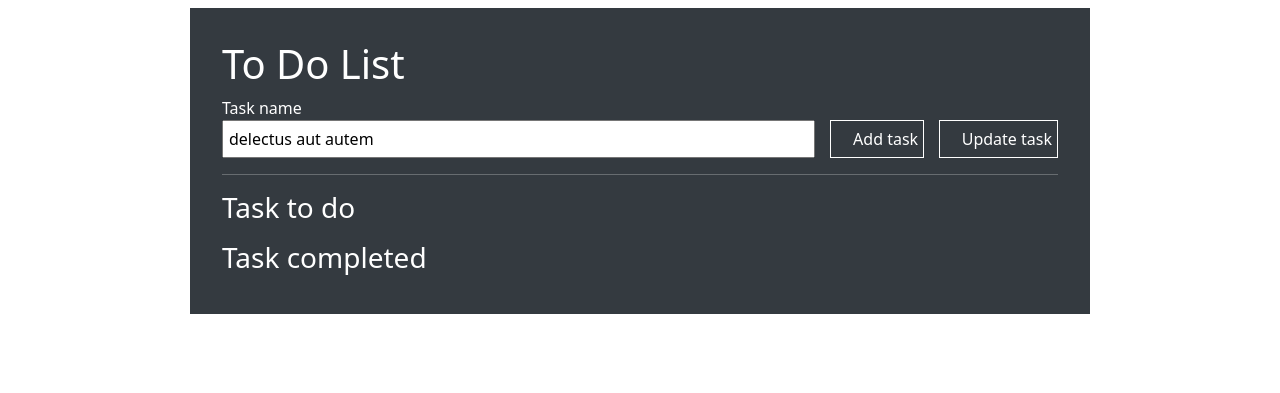
Repository: JVJuvi/ToDoList-jsonplaceholder
Page: /
The author's editor kept a copy of each file at every save. The page is drawn from the files as they stood at one save, then again after the next save.
The browser window is 1280 px wide. The pictures show the whole page.
The page's requests for data from a server got no answer. Some web fonts or font styles are not loaded; a fallback is used. The project was rebuilt for these pictures with package versions that can differ from the ones it lists, and the page was loaded fresh each time. No one was signed in, and anything a server would have sent is missing.

Above is the page before, as saved 2021-12-04 21:09:54.

### src/index.js
import React from 'react';
import ReactDOM from 'react-dom';
// import './index.css';
import App from './App';
import "bootstrap/dist/css/bootstrap.min.css";
//setup redux
import { Provider } from 'react-redux';
import { store } from './redux/RootReducer';
//boxicon
import './assets/boxicons-2.0.9 2/css/boxicons.min.css'

ReactDOM.render(
  <Provider store={store}>
    <App />
  </Provider>,
  document.getElementById('root')
);

### src/App.js
// import { Route, Router } from 'react-router-dom';
import ToDoList from "./Components/ToDoList/ToDoList";
import { Router, Route, Switch } from "react-router";
import { createBrowserHistory } from 'history';
import './css/App.css';


export const history = createBrowserHistory();

function App() {
  return (
    <Router history={history}>
        <Switch>
            <Route path="/todolist" exact component={ToDoList} />
            <Route path="/" exact component={ToDoList} />
        </Switch>
    </Router>
  );
}

export default App;

### src/redux/RootReducer.js
import { applyMiddleware, combineReducers, createStore } from "redux";
import thunk from 'redux-thunk'
import { TodoListReducer } from './reducers/TodoListReducer/TodoListReducer';



const RootReducer = combineReducers({
    TodoListReducer,
})

export const store = createStore(RootReducer, applyMiddleware(thunk))

### src/Components/ToDoList/ToDoList.jsx
import axios from 'axios'
import React, { useEffect, useState } from 'react'
import { Link, NavLink } from 'react-router-dom';
import { useSelector, useDispatch } from 'react-redux';
import { DeleteTaskAction, GetToDoListAction } from '../../redux/actions/TodoListAction/TodoListAction';
import { GetUserAction } from '../../redux/actions/UserAction/UserAction';
import AddTask from './AddTask';
import _ from 'lodash';
import { COMPLETED, EDIT } from '../../redux/types/ToDoListType/ToDoListType';

const ToDoList = () => {

    const {arrToDoList} = useSelector(state => state.TodoListReducer);
    console.log('arrToDoList', arrToDoList)

    const dispatch = useDispatch();

    useEffect(() => {
        dispatch(GetToDoListAction());
        dispatch(GetUserAction());
    }, []);

    const handleDelete = (id) => {
        dispatch(DeleteTaskAction(id));
    }

    let arrTaskList = _.filter(arrToDoList, {'completed': false});
    let arrCompeted = _.filter(arrToDoList, {'completed': true});

    return (
        <div className="container p-2">
            <div className="todolist">
                <h1>To Do List</h1>
                <div className="taskName">
                    <p>Task name</p>
                    <AddTask />
                </div>
                <hr />
                <div className="taskToDo mt-3">
                    <h3>Task to do</h3>
                    {
                        arrTaskList.map((item, index) => (
                            <li key={index} className="list-group-item d-flex justify-content-between align-items-center">
                                <p>{item.title}</p>
                                <span>
                                    <button onClick={() => {
                                        dispatch({
                                            type: EDIT,
                                            payload: item
                                        })
                                    }}><i class='bx bx-edit' ></i></button>
                                    <button onClick={() => {
                                        handleDelete(item.id)
                                    }}><i class='bx bx-trash' ></i></button>
                                    <button onClick={() => {
                                        dispatch({
                                            type: COMPLETED,
                                            payload: item.id,
                                        })
                                    }}><i class='bx bx-check-square' ></i></button>
                                </span>
                            </li>
                        ))
                    }
                </div>
                <div className="taskCompleted mt-3">
                    <h3>Task completed</h3>
                    {
                        arrCompeted.map((item, index) => (
                            <li key={index} className="list-group-item d-flex justify-content-between align-items-center">
                                <p>{item.title}</p>
                                <span>
                                    <button onClick={()=>{
                                        handleDelete(item.id)
                                    }}><i class='bx bx-trash' ></i></button>
                                </span>
                            </li>
                        ))
                    }
                </div>
            </div>
        </div>
    )
}

export default ToDoList

### src/css/App.css
* {
  padding: 0;
  margin: 0;
  -webkit-box-sizing: border-box;
          box-sizing: border-box;
}

p {
  margin-bottom: 0 !important;
}

.user__list {
  display: -webkit-box;
  display: -ms-flexbox;
  display: flex;
  -webkit-box-pack: justify;
      -ms-flex-pack: justify;
          justify-content: space-between;
  text-align: center;
  max-width: 600px;
  margin: 0 auto;
}

.todolist {
  background: #343a40;
  color: #fff;
  max-width: 900px;
  margin: 0 auto;
  padding: 2rem;
}

.todolist h1, .todolist h3 {
  font-weight: 300;
}

.todolist form {
  display: -webkit-box;
  display: -ms-flexbox;
  display: flex;
  -ms-flex-wrap: wrap;
      flex-wrap: wrap;
  gap: 5px;
}

.todolist input, .todolist button {
  padding: 5px;
}

.todolist input {
  -webkit-box-flex: 1;
      -ms-flex: 1 1 25rem;
          flex: 1 1 25rem;
}

.todolist button {
  background: #343a40;
  border: 1px solid #fff;
  margin-left: 10px;
  color: #fff;
  -webkit-transition: all .3s linear;
  transition: all .3s linear;
}

.todolist button:hover {
  color: #343a40;
  background: #e7e4e4;
  border: 1px solid #343a40;
}
/*# sourceMappingURL=App.css.map */

### src/redux/reducers/TodoListReducer/TodoListReducer.js
import _ from "lodash";
import { ADD_TASK, COMPLETED, DELETE_TASK, EDIT, GET_TASK, UPDATE } from "../../types/ToDoListType/ToDoListType";



const stateDefault = {
    arrToDoList: [],
    arrToDo: [],
    arrComplete: [],
    arrEdit: {userId: 1, id: 1, title: 'delectus aut autem', completed: false},
}

export const TodoListReducer = (state = stateDefault, action) => {
    switch(action.type) {
        case GET_TASK: {
            state.arrToDoList = action.payload;
            // state.arrComplete = _.filter(state.arrToDoList, {'completed': true})
            return {...state};
        }

        case ADD_TASK: {
            state.arrToDoList = [...state.arrToDoList, action.payload];
            return {...state};
        }

        case DELETE_TASK: {
            let arrToDoListUpdate = [...state.arrToDoList];
            let arrToDoListAF = arrToDoListUpdate.filter(task => {
                return task.id !== action.payload;
            });
            state.arrToDoList = arrToDoListAF;
            return {...state};
        }

        case COMPLETED: {
            let arrToDoListUpdate = [...state.arrToDoList];
            let index = arrToDoListUpdate.findIndex(item => item.id === action.payload);
            if(index !== -1) {
                arrToDoListUpdate[index].completed = true;
            }
            state.arrToDoList = arrToDoListUpdate;
            return {...state};
        }

        case EDIT: {
            state.arrEdit = action.payload;
            return {...state};
        }

        case UPDATE: {
            let arrToDoListUpdate = [...state.arrToDoList];
            let index = arrToDoListUpdate.findIndex(item => item.id === action.payload.id);
            if(index !== -1) {
                arrToDoListUpdate[index].title = action.payload.title;
            }
            state.arrToDoList = arrToDoListUpdate;
            return {...state};
        }

        default: return {...state};
    }
}

### src/redux/actions/TodoListAction/TodoListAction.js
import { ADD_TASK, GET_TASK, DELETE_TASK, UPDATE } from '../../types/ToDoListType/ToDoListType';


export const GetToDoListAction = () => {
    return async(dispatch) => {
        await fetch('https://jsonplaceholder.typicode.com/users/1/todos')
        .then((res) => res.json())
        .then((data) => dispatch({
            type: GET_TASK,
            payload: data
        }))
        .catch ((error) => {
            console.log('error', error)
        })
    }
}

export const AddTaskAction = (title) => {
    return async(dispatch) => {
        await fetch('https://jsonplaceholder.typicode.com/users/1/todos', {
            method: 'POST',
            body: JSON.stringify({
                userId: 1,
                title: title,
                completed: false,
            }),
            headers: {
                'Content-type': 'application/json; charset=UTF-8',
            },
        })
        .then((res) => {
            if(res.status !== 201) {
                return
            } else {
                return res.json();
            }
        })
        .then((data) => {
            dispatch({
                type: ADD_TASK,
                payload: data
            })
            alert('them thanh cong')
        })
        .catch((error) => {
            console.log('error', error);
        })
    }
}

export const DeleteTaskAction = (id) => {
    return async(dispatch) => {
        await fetch(`https://jsonplaceholder.typicode.com/todos/${id}`, {
            method: 'DELETE'
        })
        .then((res) => {
            if(res.status !== 200) {
                return
            } else {
                dispatch({
                    type: DELETE_TASK,
                    payload: id
                })
                alert('xoa thanh cong')
            }
        })
        .catch((error) => {
            console.log('error', error)
        })
    }
}

export const UpdateTaskAction = (id, title) => {
    return async(dispatch) => {
        await fetch(`https://jsonplaceholder.typicode.com/todos/${id}`, {
            method: 'PUT',
            body: JSON.stringify({
                userId: 1,
                id: id,
                title: title,
                completed: false,
            }),
            headers: {
                'Content-type': 'application/json; charset=UTF-8',
            },
        })
        .then((res) => res.json())
        .then((data) => {
            dispatch({
                type: UPDATE,
                payload: data
            })
            alert('cap nhat thanh cong')
        })
        .catch((error) => {
            console.log('error', error)
        })
    }
}

### src/redux/actions/UserAction/UserAction.js
import axios from 'axios';
import { ADD_USER, DELETE_USER, GET_USER } from '../../types/UserType/UserType';


export const GetUserAction = () => {
    return async(dispatch) => {
        await fetch('https://jsonplaceholder.typicode.com/users/1')
        .then((res) => res.json())
        .then((data) => dispatch({
            type: GET_USER,
            payload: data
        }))
        .then((data) => {
            const user = JSON.stringify(data);
            localStorage.setItem('USER', user)
        })
        .catch((error) => {
            console.log('error', error)
        })
    }
}

// export const AddUserAction = (name, email) => {
//     return async(dispatch) => {
//         await fetch('https://jsonplaceholder.typicode.com/users', {
//             method: 'POST',
//             body: JSON.stringify({
//                 name: name,
//                 email: email,
//             }),
//             headers: {
//                 'Content-type': 'application/json; charset=UTF-8',
//             },
//         })
//         .then((res) => {
//             if(res.status !== 201) {
//                 return
//             } else {
//                 return res.json();
//             }
//         })
//         .then((data) => {
//             dispatch({
//                 type: ADD_USER,
//                 payload: data
//             })
//         })
//         .catch((error) => {
//             console.log('error', error)
//         })
//     }
// }

// export const DeleteUserAction = (id) => {
//     return async(dispatch) => {
//         await fetch(`https://jsonplaceholder.typicode.com/users/${id}`, {
//             method: 'DELETE'
//         })
//         .then((res) => {
//             if(res.status !== 200) {
//                 return
//             } else {
//                 dispatch({
//                     type: DELETE_USER,
//                     payload: id
//                 })
//             }
//         })
//         .catch((error) => {
//             console.log('error', error)
//         })
//     }
// }

### src/Components/ToDoList/AddTask.jsx
import React, { useEffect, useState } from 'react';
import { useDispatch, useSelector } from 'react-redux';
import { AddTaskAction, UpdateTaskAction } from '../../redux/actions/TodoListAction/TodoListAction';

const AddTask = () => {

    const {arrEdit} = useSelector(state => state.TodoListReducer);

    const [title, settitle] = useState("");
    const [id, setId] = useState("");

    const dispatch = useDispatch();

    useEffect(() => {
        settitle(arrEdit.title);
        setId(arrEdit.id)
    },[])

    const handleChange = (e) => {
        settitle(e.target.value);
    }

    const handleSubmit = (e) => {
        e.preventDefault();
        console.log('value',e.target.task.value)
        dispatch(AddTaskAction(e.target.task.value));
    }

    return (
        <form onSubmit={handleSubmit}>
            <input type="text" name="task" value={title} onChange={handleChange}/>
            <button type="submit"><i class='bx bx-plus-medical'></i> Add task</button>
            <button type="button" onClick={()=>{
                dispatch(UpdateTaskAction(id, title))
            }}><i class='bx bx-upload'></i> Update task</button>
        </form>
    )
}

export default AddTask

### src/redux/types/ToDoListType/ToDoListType.js
export const GET_TASK = 'GET_TASK';
export const ADD_TASK = 'ADD_TASK';
export const DELETE_TASK = 'DELETE_TASK';
export const COMPLETED = 'COMPLETED';
export const EDIT = 'EDIT';
export const UPDATE = 'UPDATE';

### src/redux/types/UserType/UserType.js
export const GET_USER = 'GET_USER';
export const ADD_USER = 'ADD_USER';
export const DELETE_USER = 'DELETE_USER';

Loaded but not shown: public/index.html (common file); src/assets/boxicons-2.0.9 2/css/boxicons.min.css (library)

After the next save:
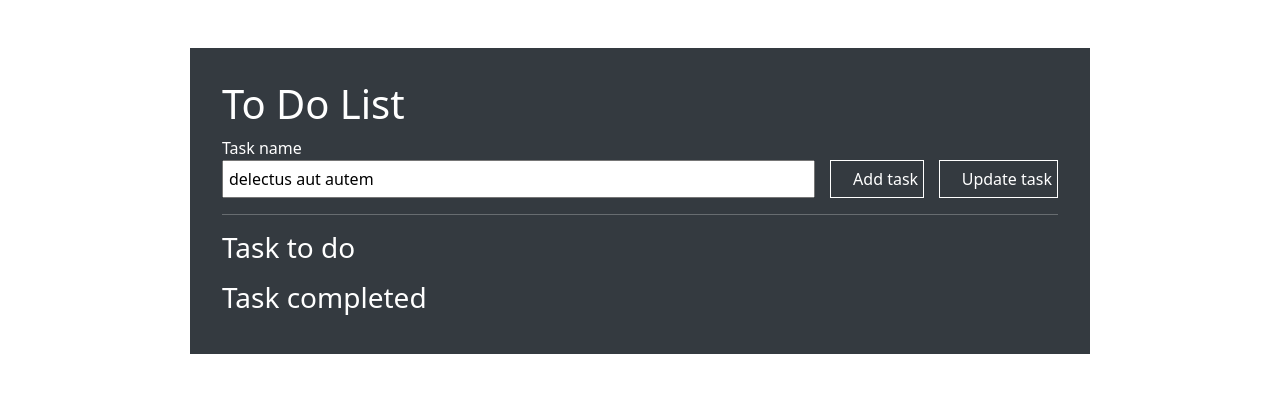
Saved 7 s later.
--- a/src/Components/ToDoList/ToDoList.jsx
+++ b/src/Components/ToDoList/ToDoList.jsx
@@ -28,7 +28,7 @@ const ToDoList = () => {
     let arrCompeted = _.filter(arrToDoList, {'completed': true});
 
     return (
-        <div className="container p-2">
+        <div className="container p-5">
             <div className="todolist">
                 <h1>To Do List</h1>
                 <div className="taskName">
